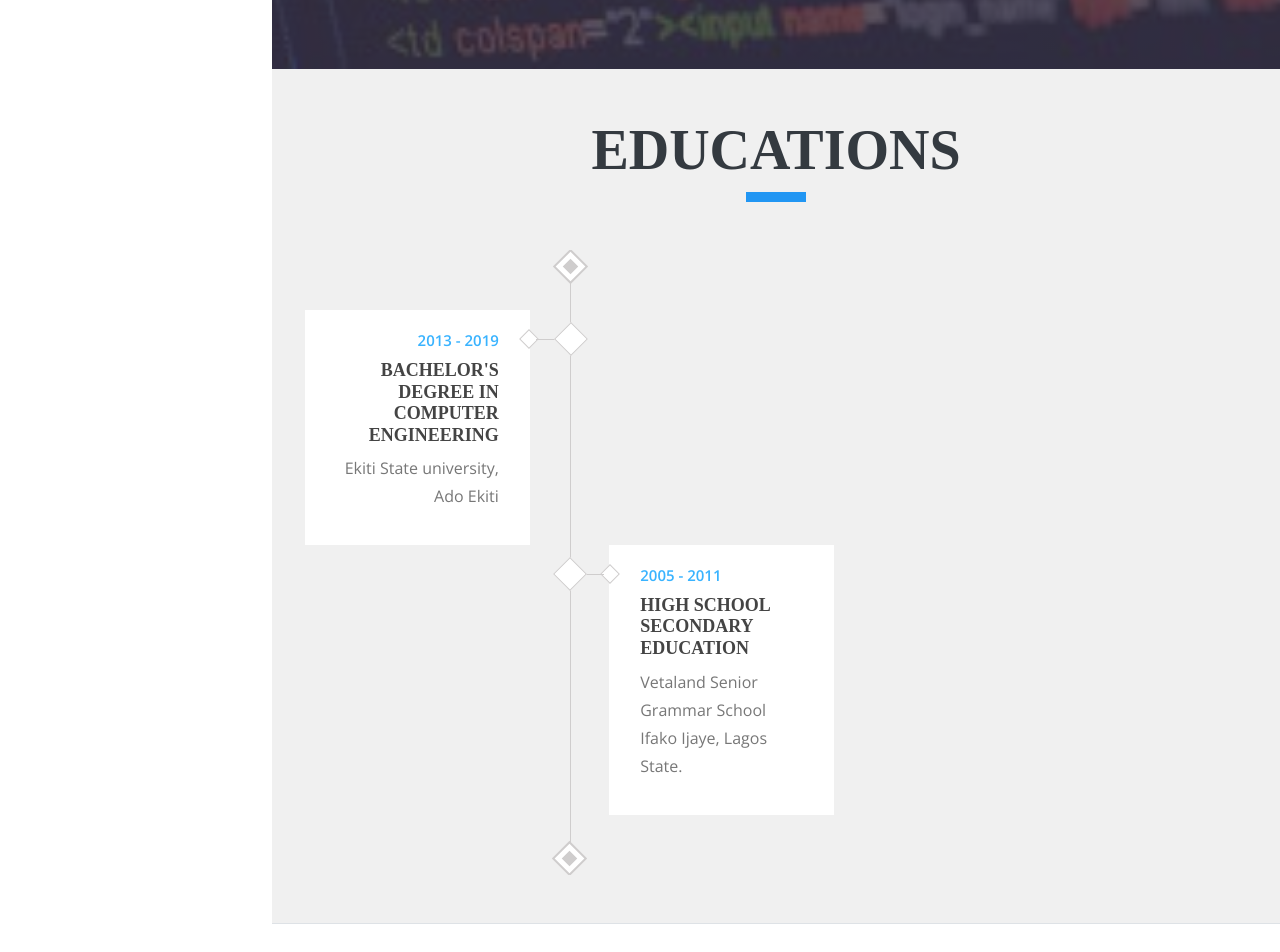
Repository: smit1298/portfolio
Page: index.html
These files come from the project's save history. The page is drawn as it stood at one moment and after the next save; the edit follows.
The browser window is 1280 px wide. The pictures show the part of the page from y = 2775 to 3727 px (the page is 5039 px tall before and 4918 px after).
Some web fonts or font styles are not loaded; a fallback is used.

Above is the page before, as saved 2022-06-06 13:35:20.

After the next save:
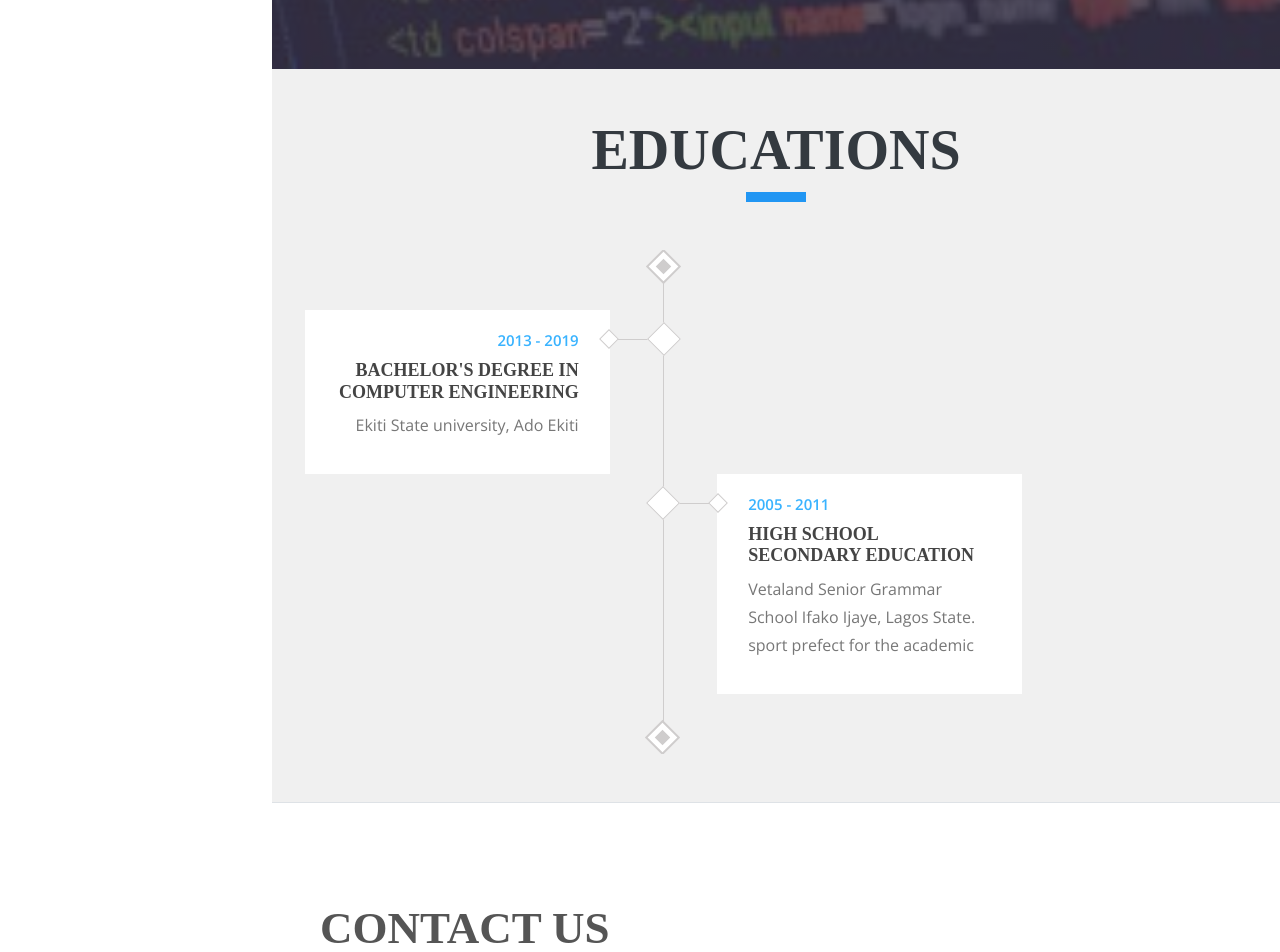
Saved 13 s later.
--- a/index.html
+++ b/index.html
@@ -358,7 +358,7 @@
               <span class="date">2005 - 2011</span>
               <h5 class="title">high school secondary education</h5>
               <p class="description">
-                Vetaland Senior Grammar School Ifako Ijaye, Lagos State.               </p>
+                Vetaland Senior Grammar School Ifako Ijaye, Lagos State. sport prefect for the academic              </p>
             </div>
           </div>
         </div>
